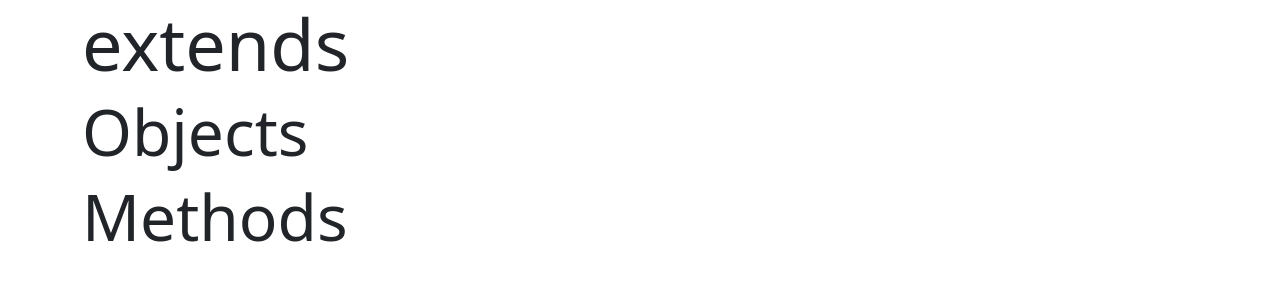
Repository: danieltikamori/wdb
Page: JavaScript/extendends-and-super-keywords/index.html
The author's editor kept a copy of each file at every save. The page is drawn from the files as they stood at one save, then again after a run of saves.
The browser window is 1280 px wide. The pictures show the whole page.

Above is the page before, as saved 2023-01-29 12:56:55.

After the next 2 saves:
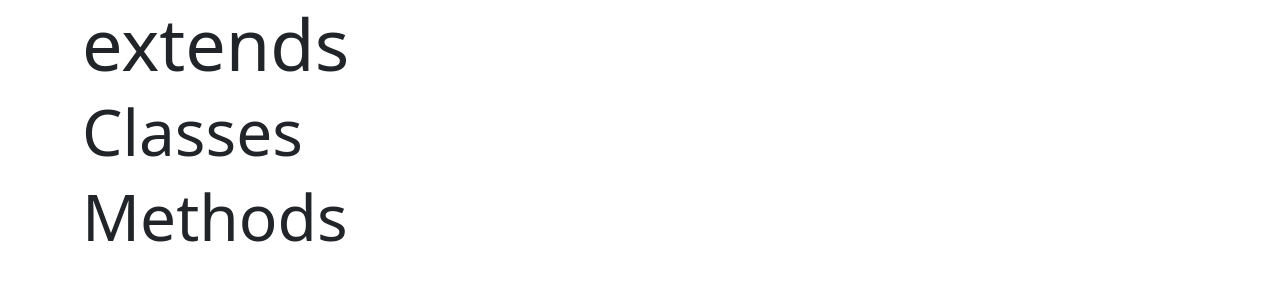
The 2 saves are shown as one change because they came seconds apart.
The last was saved 8 s later.
--- a/JavaScript/extendends-and-super-keywords/index.html
+++ b/JavaScript/extendends-and-super-keywords/index.html
@@ -10,7 +10,7 @@
   <body>
 <div class="container">
   <h1 class="display-2">extends</h1>
-  <h2 class="display-3">Objects</h2>
+  <h2 class="display-3">Classes</h2>
   <h2 class="display-3">Methods</h2>
 </div>
 
